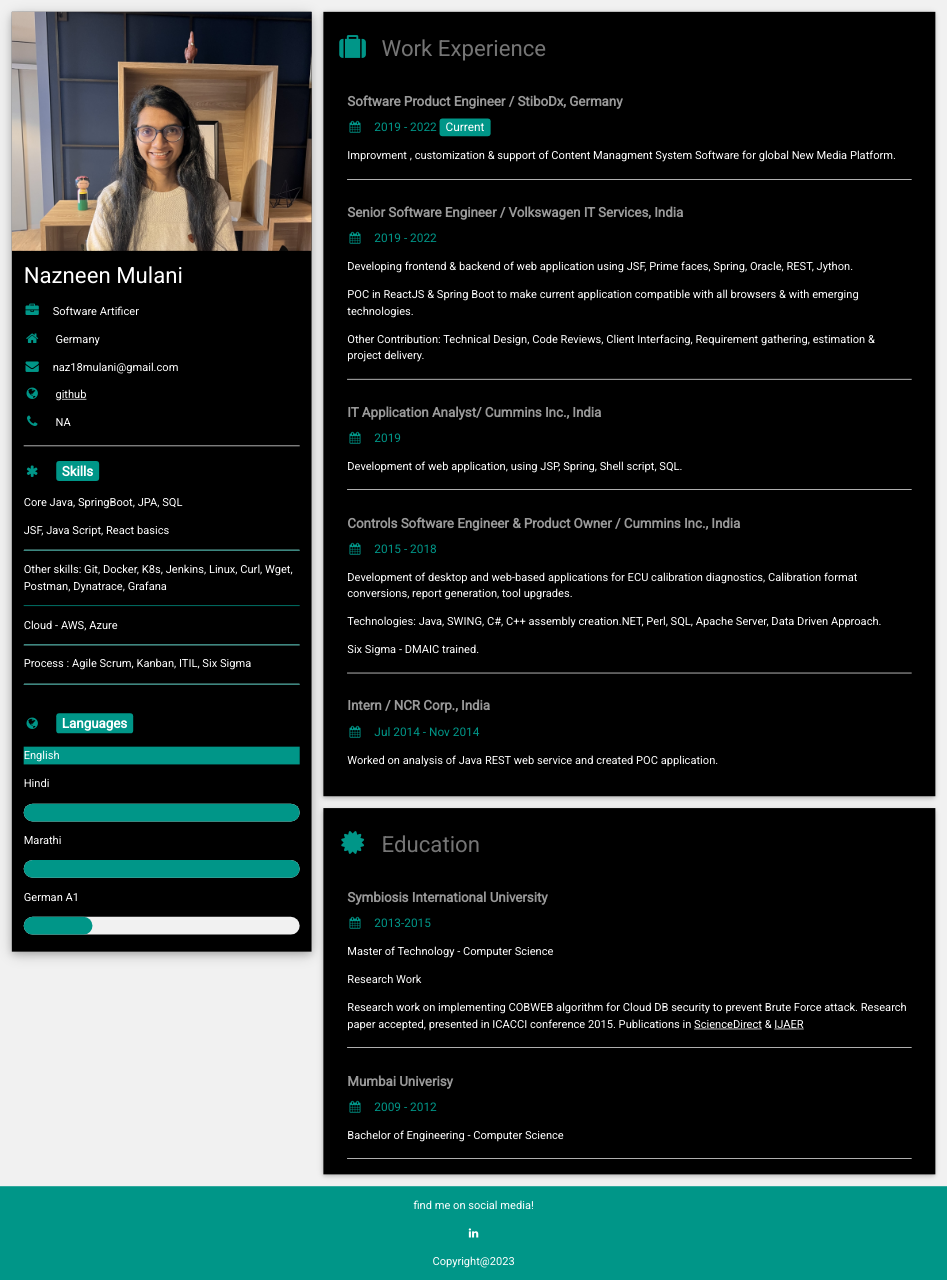
Repository: nazneenprojects/nazneen.github.io
Page: index.html
The author's editor kept a copy of each file at every save. The page is drawn from the files as they stood at one save, then again after the next save.
The browser window is 1280 px wide. The pictures show the whole page, at 74% of full size.

Above is the page before, as saved 2023-07-09 11:49:07.

### index.html
<!DOCTYPE html>
<html>
<title>Nazneen Portfolio</title>
<meta charset="UTF-8">
<meta name="viewport" content="width=device-width, initial-scale=1">
<link rel="stylesheet" href="https://www.w3schools.com/w3css/4/w3.css">
<link rel='stylesheet' href='https://fonts.googleapis.com/css?family=Roboto'>
<link rel="stylesheet" href="https://cdnjs.cloudflare.com/ajax/libs/font-awesome/4.7.0/css/font-awesome.min.css">
<style>
html,body,h1,h2,h3,h4,h5,h6 {font-family: "Roboto", sans-serif}
</style>
<body class="w3-light-grey">

<!-- Page Container -->
<div class="w3-content w3-margin-top" style="max-width:1400px;">

  <!-- The Grid -->
  <div class="w3-row-padding">

    <!-- Left Column -->
    <div class="w3-third">

      <div class="w3-black w3-text-white w3-card-4">
        <div class="w3-display-container">
          <img src="IMG_NazneenM.JPG" style="width:100%" alt="Avatar">
          <div class="w3-display-bottomleft w3-container w3-text-black">
          </div>
        </div>
        <div class="w3-container">
          <h2>Nazneen Mulani</h2>
          <p><i class="fa fa-briefcase fa-fw w3-margin-right w3-large w3-text-teal"></i>Software Artificer</p>
          <p><i class="fa fa-home fa-fw w3-margin-right w3-large w3-text-teal"></i> Germany </p>
          <p><i class="fa fa-envelope fa-fw w3-margin-right w3-large w3-text-teal"></i>naz18mulani@gmail.com</p>
          <p><i class="fa fa-globe fa-fw w3-margin-right w3-large w3-text-teal"></i>
          <a href="https://github.com/nazneenprojects">github</a>
          </p>
          <p><i class="fa fa-phone fa-fw w3-margin-right w3-large w3-text-teal"></i> NA </p>
          <hr>

          <p class="w3-large"><b><i class="fa fa-asterisk fa-fw w3-margin-right w3-text-teal"></i> <span class="w3-tag w3-teal w3-round">Skills</span></b></p>
          <p>Core Java, SpringBoot, JPA, SQL</p>

          <p>JSF, Java Script, React basics</p>
          <div class="w3-light-grey w3-round-xlarge w3-small">
            <div class="w3-container w3-center w3-round-xlarge w3-teal" style="width:100%">
            </div>
          </div>
          <p>Other skills: Git, Docker, K8s, Jenkins, Linux, Curl, Wget, Postman, Dynatrace, Grafana</p>
          <div class="w3-light-grey w3-round-xlarge w3-small">
            <div class="w3-container w3-center w3-square-xlarge w3-teal" style="width:100%">
           </div>
          </div>
          <p>Cloud - AWS, Azure</p>
          <div class="w3-light-grey w3-round-xlarge w3-small">
            <div class="w3-container w3-center w3-round-xlarge w3-teal" style="width:100%">
            </div>
          </div>
          <p>Process : Agile Scrum, Kanban, ITIL, Six Sigma</p>
          <div class="w3-light-grey w3-round-xlarge w3-small">
            <div class="w3-container w3-center w3-round-xlarge w3-teal" style="width:100%">
            </div>
          </div>
          <br>

          <p class="w3-large w3-text-theme"><b><i class="fa fa-globe fa-fw w3-margin-right w3-text-teal"></i> <span class="w3-tag w3-teal w3-round">Languages</span></b></p>
          <p></p>
          <div class="w3-light-grey w3-round-xlarge">
            <div class="w3-square-xlarge w3-teal" style="height:24px;width:100%">English</div>
          </div>
          <p>Hindi</p>
          <div class="w3-light-grey w3-round-xlarge">
            <div class="w3-round-xlarge w3-teal" style="height:24px;width:100%"></div>
          </div>
          <p>Marathi</p>
          <div class="w3-light-grey w3-round-xlarge">
            <div class="w3-round-xlarge w3-teal" style="height:24px;width:100%"></div>
          </div>
          <p>German A1</p>
          <div class="w3-light-grey w3-round-xlarge">
            <div class="w3-round-xlarge w3-teal" style="height:24px;width:25%"></div>
          </div>
          <br>
        </div>
      </div><br>

    <!-- End Left Column -->
    </div>

    <!-- Right Column -->
    <div class="w3-twothird">

      <div class="w3-container w3-card w3-black w3-margin-bottom">
        <h2 class="w3-text-grey w3-padding-16"><i class="fa fa-suitcase fa-fw w3-margin-right w3-xxlarge w3-text-teal"></i>Work Experience</h2>
        <div class="w3-container">
          <h5 class="w3-opacity"><b>Software Product Engineer / StiboDx, Germany</b></h5>
          <h6 class="w3-text-teal"><i class="fa fa-calendar fa-fw w3-margin-right"></i>2019 - 2022 <span class="w3-tag w3-teal w3-round">Current</span></h6>
          <p> Improvment , customization & support of Content Managment System Software for global New Media Platform.</p>
          <hr>
        </div>
        <div class="w3-container">
          <h5 class="w3-opacity"><b>Senior Software Engineer / Volkswagen IT Services, India</b></h5>
          <h6 class="w3-text-teal"><i class="fa fa-calendar fa-fw w3-margin-right"></i>2019 - 2022</h6>
          <p>Developing frontend & backend of web application using JSF, Prime faces, Spring, Oracle, REST, Jython.</p>
          <p>POC in ReactJS & Spring Boot to make current application compatible with all browsers & with emerging technologies.</p>
          <p>Other Contribution: Technical Design, Code Reviews, Client Interfacing, Requirement gathering, estimation & project delivery.</p>
          <hr>
        </div>
        <div class="w3-container">
          <h5 class="w3-opacity"><b>IT Application Analyst/ Cummins Inc., India</b></h5>
          <h6 class="w3-text-teal"><i class="fa fa-calendar fa-fw w3-margin-right"></i>2019 </h6>
          <p>Development of web application, using JSP, Spring, Shell script, SQL.</p>
          <hr>
        </div>
        <div class="w3-container">
          <h5 class="w3-opacity"><b>Controls Software Engineer & Product Owner / Cummins Inc., India</b></h5>
          <h6 class="w3-text-teal"><i class="fa fa-calendar fa-fw w3-margin-right"></i>2015 - 2018</h6>
          <p>Development of desktop and web-based applications for ECU calibration diagnostics, Calibration format conversions, report generation, tool upgrades.</p>
          <p>Technologies: Java, SWING, C#, C++ assembly creation.NET, Perl, SQL, Apache Server, Data Driven Approach.</p>
          <p>Six Sigma - DMAIC trained.</p>
          <hr>
        </div>
        <div class="w3-container">
          <h5 class="w3-opacity"><b>Intern / NCR Corp., India</b></h5>
          <h6 class="w3-text-teal"><i class="fa fa-calendar fa-fw w3-margin-right"></i>Jul 2014 - Nov 2014</h6>
          <p>Worked on analysis of Java REST web service and created POC application. </p><br>
        </div>
      </div>

      <div class="w3-container w3-card w3-black">
        <h2 class="w3-text-grey w3-padding-16"><i class="fa fa-certificate fa-fw w3-margin-right w3-xxlarge w3-text-teal"></i>Education</h2>
        <div class="w3-container">
          <h5 class="w3-opacity"><b> Symbiosis International University</b></h5>
          <h6 class="w3-text-teal"><i class="fa fa-calendar fa-fw w3-margin-right"></i>2013-2015</h6>
          <p>Master of Technology - Computer Science</p>
          <p>Research Work</p>
          <p>
            Research work on implementing COBWEB algorithm for Cloud DB security to prevent Brute Force attack. Research paper accepted, presented in ICACCI conference 2015. Publications in

            <a href="https://www.sciencedirect.com/science/article/pii/S1877050915005359">ScienceDirect</a> &
            <a href="https://www.ripublication.com/Volume/ijaerv10n12.htm">IJAER</a>
          </p>
          <hr>
        </div>
        <div class="w3-container">
          <h5 class="w3-opacity"><b>Mumbai Univerisy</b></h5>
          <h6 class="w3-text-teal"><i class="fa fa-calendar fa-fw w3-margin-right"></i>2009 - 2012</h6>
          <p>Bachelor of Engineering - Computer Science</p>
          <hr>
        </div>
      </div>

    <!-- End Right Column -->
    </div>

  <!-- End Grid -->
  </div>

  <!-- End Page Container -->
</div>

<footer class="w3-container w3-teal w3-center w3-margin-top">

  <p>find me on social media!</p>
  <a href="https://www.linkedin.com/in/nazneen-mulani-05004012a/"> <i class="fa fa-linkedin w3-hover-opacity"></i></a>
  <p>Copyright@2023</p>
 <!--
  <i class="fa fa-facebook-official w3-hover-opacity"></i>
  <i class="fa fa-instagram w3-hover-opacity"></i>
  <i class="fa fa-snapchat w3-hover-opacity"></i>
  <i class="fa fa-pinterest-p w3-hover-opacity"></i>
  <i class="fa fa-twitter w3-hover-opacity"></i>
  <p>Powered by <a href="https://www.w3schools.com/w3css/default.asp" target="_blank">w3.css</a></p>
 -->
</footer>

</body>
</html>

After the next save:
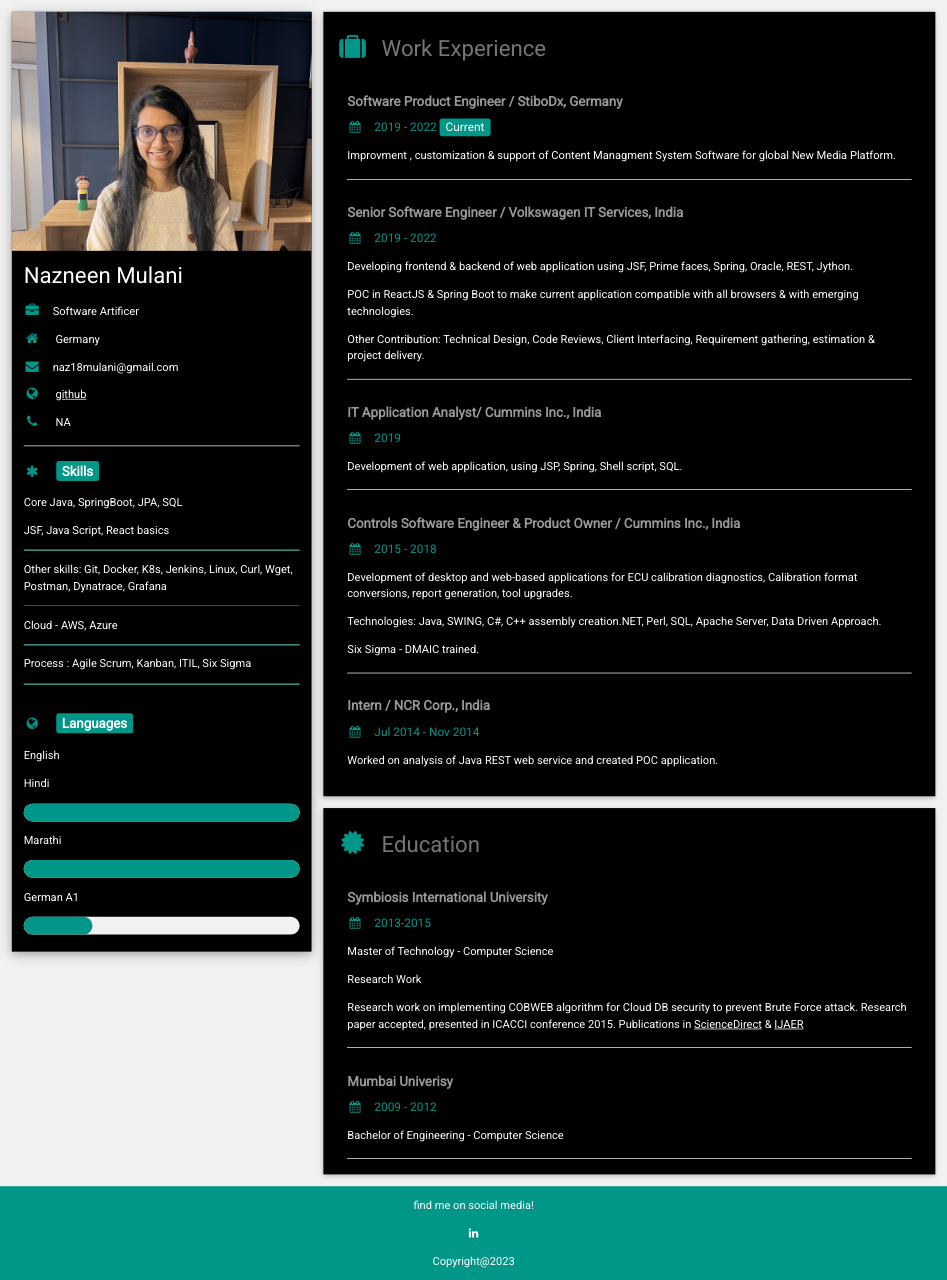
Saved 20 s later.
--- a/index.html
+++ b/index.html
@@ -65,7 +65,7 @@
           <p class="w3-large w3-text-theme"><b><i class="fa fa-globe fa-fw w3-margin-right w3-text-teal"></i> <span class="w3-tag w3-teal w3-round">Languages</span></b></p>
           <p></p>
           <div class="w3-light-grey w3-round-xlarge">
-            <div class="w3-square-xlarge w3-teal" style="height:24px;width:100%">English</div>
+            <div class="w3-square-xlarge w3-black" style="height:24px;width:100%">English</div>
           </div>
           <p>Hindi</p>
           <div class="w3-light-grey w3-round-xlarge">
